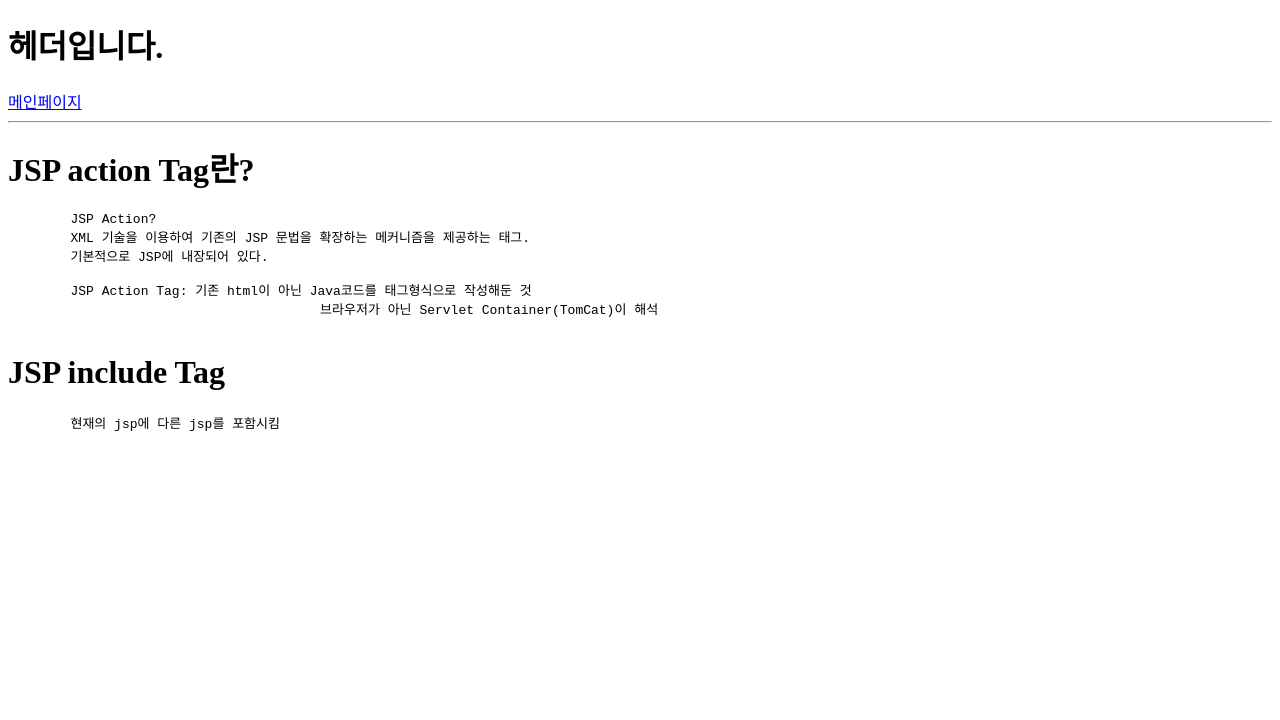
Repository: Seenee-Shin/servlet-jsp
Page: http://localhost/JSPProject/02_action.jsp
The author's editor kept a copy of each file at every save. The page is drawn from the files as they stood at one save, then again after the next save.
The browser window is 1280 px wide. The pictures show the whole page.
The page is served by Tomcat 9. Other server files are loaded and not shown.

Above is the page before, as saved 2021-11-29 03:44:47.

### JSPProject/src/main/webapp/02_action.jsp
<%@ page language="java" contentType="text/html; charset=UTF-8"
    pageEncoding="UTF-8"%>
<!DOCTYPE html>
<html>
<head>
<meta charset="UTF-8">
<title>02.JSP action tag</title>
</head>
<body>

	<header>
		<h1>헤더입니다.</h1>
		<a href="<%= request.getContextPath()%>">메인페이지</a>
		<!-- request.getContextPath() : 최상위 주소 반환  -->
	</header>

	<hr>


	<h1> JSP action Tag란?</h1>
	<pre>
	JSP Action?
	XML 기술을 이용하여 기존의 JSP 문법을 확장하는 메커니즘을 제공하는 태그.
	기본적으로 JSP에 내장되어 있다.

	JSP Action Tag: 기존 html이 아닌 Java코드를 태그형식으로 작성해둔 것
	 				브라우저가 아닌 Servlet Container(TomCat)이 해석
	</pre>

	<h1>JSP include Tag</h1>
	<pre>
	현재의 jsp에 다른 jsp를 포함시킴

	</pre>
</body>
</html>

### JSPProject/src/main/webapp/common/header.jsp
<%@ page language="java" contentType="text/html; charset=UTF-8"
    pageEncoding="UTF-8"%>
	<header>
		<h1>헤더입니다.</h1>
		<a href="<%= request.getContextPath()%>">메인페이지</a>
		<!-- request.getContextPath() : 최상위 주소 반환  -->
	</header>

	<hr>

### JSPProject/src/main/webapp/index.html
<!DOCTYPE html>
<html lang="ko">
<head>
  <meta charset="UTF-8">
  <meta name="viewport" content="width=device-width, initial-scale=1.0">
  <title>JSP Project</title>
</head>
<body>
  <ul>
    <li>
      <a href="01_review.html">1.복습 + 응용</a>
    </li>

    <li>
      <a href="02_action.jsp">02.JSP action Tag (jsp:include)</a>
      <!-- a href="00": 00을 요청-->
      <!-- JSP파일도 html파일을 요청하듯 바로 주소로 작성하여 요청 가능  -->
      <!-- JSP : html에 java코드를 작성 할 수 있는 파일  -->
      <!-- -Servlet으로 작성하기 힘든 html를 쉽게 작성하기 위하여 html형식으로 변환한 Servlet -->
    </li>
    <hr>
    <li>
      <a href="03_EL.html">03.EL</a>
    </li>

    <li>
      <a href="04_scope.html">04.Servlet JSP 내장객체 범위 (scope)</a>
    </li>

    <li>
      <a href="05_JSTL_1.jsp">05.JSTL 개요</a>
    </li>

    <li>
      <a href="06_JSTL_2.jsp">06.JSTL - c:forEach</a>
    </li>

  </ul>
  경로 지정하기

  최상위 주소 경로 (프로젝트 명) == 최상위 파일경로(webapp폴더)

  1) 주소로 파일을 요청하는 경우
  - webapp폴더를 기준으로 하위로 접근하는 형식 (/webapp/forResult.jsp)
  ex)/JSPProject/forResult.jsp

  2)주소로 Servlet을 요청하는 경우
  - Servlet에 작성된 @WecServlet("주소")어노테이션의 주소는 실제하지 않는 가상의 주소
    작성된 주소에 실제 파일 x , 요청이 오면 특정 서블릿이 처리
  - webapp폴더 기준x 프로젝트 명(/JSPProject)을 기준으로 일치하는 Servlet을 조회


  상대경로 : 현재 주소 또는 현재 파일을 기준으로 다른 주소나 경로를 나타내는 방법<br>
<br>
  요청주소경로 : 인터넷 주소창, form태그 action, a태그의 href등에 작성 되는 주소
  <br>
  파일경로 : 프로젝트 내의 js파일 위치, css위치 등<br>
    -java폴더 : *.java같은 소스코드 또는  코드관련 XML파일이 저장되는 폴더<br>
    -webapp폴더 : 실제로 웹상에 배포되는 코드가 저장되는폴더 (html, css, jsp, image + class파일,배포서술자(web.xml)) <br>
  서블릿에서 jsp경로 지정시(절대경로만 가능) 제일 앞 "/"는 "webapp"폴더를 가르키는 기호 (webapp폴더가 배포 최상위 폴더) <br>


</body>
</html>

After the next save:
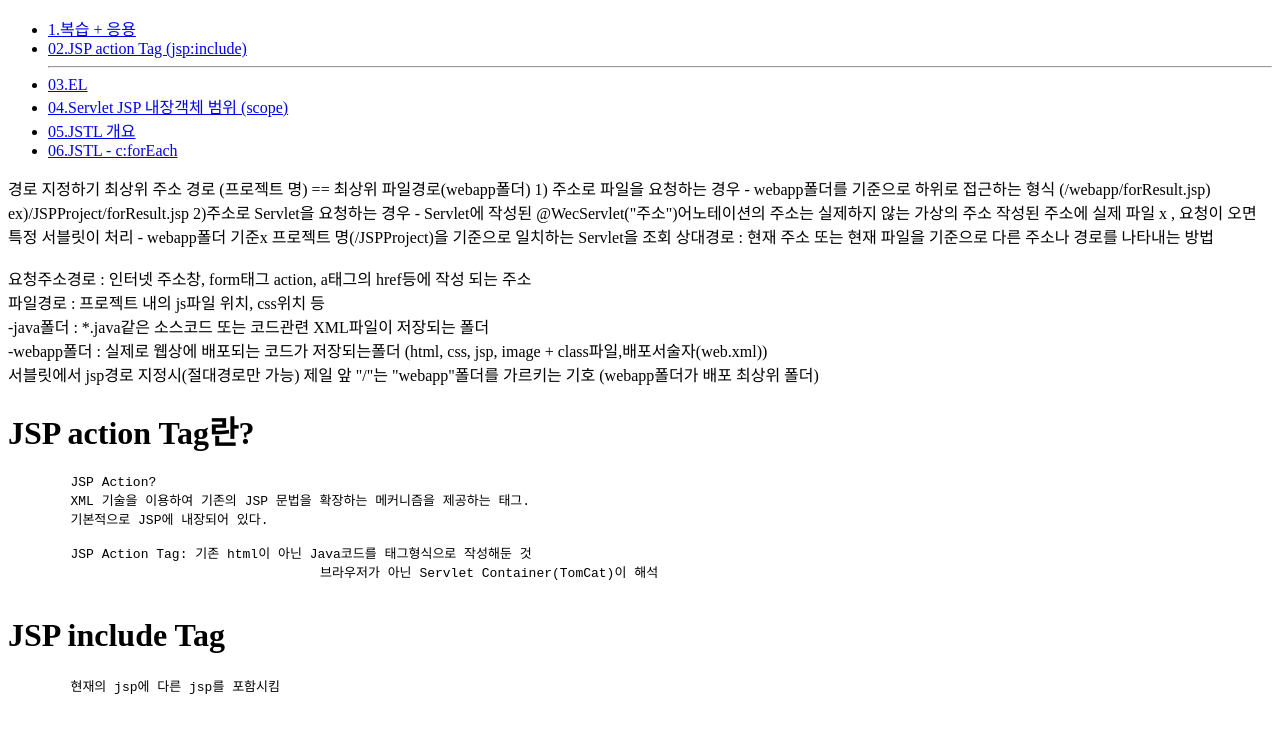
Saved 85 s later.
--- a/JSPProject/src/main/webapp/02_action.jsp
+++ b/JSPProject/src/main/webapp/02_action.jsp
@@ -8,14 +8,8 @@
 </head>
 <body>
 
-	<header>
-		<h1>헤더입니다.</h1>
-		<a href="<%= request.getContextPath()%>">메인페이지</a>
-		<!-- request.getContextPath() : 최상위 주소 반환  -->
-	</header>
-
-	<hr>
-
+	<%-- header.jsp:inclue 파일 경로 작성--%>
+	<jsp:include page=""></jsp:include>
 
 	<h1> JSP action Tag란?</h1>
 	<pre>

After the 3 saves that followed:
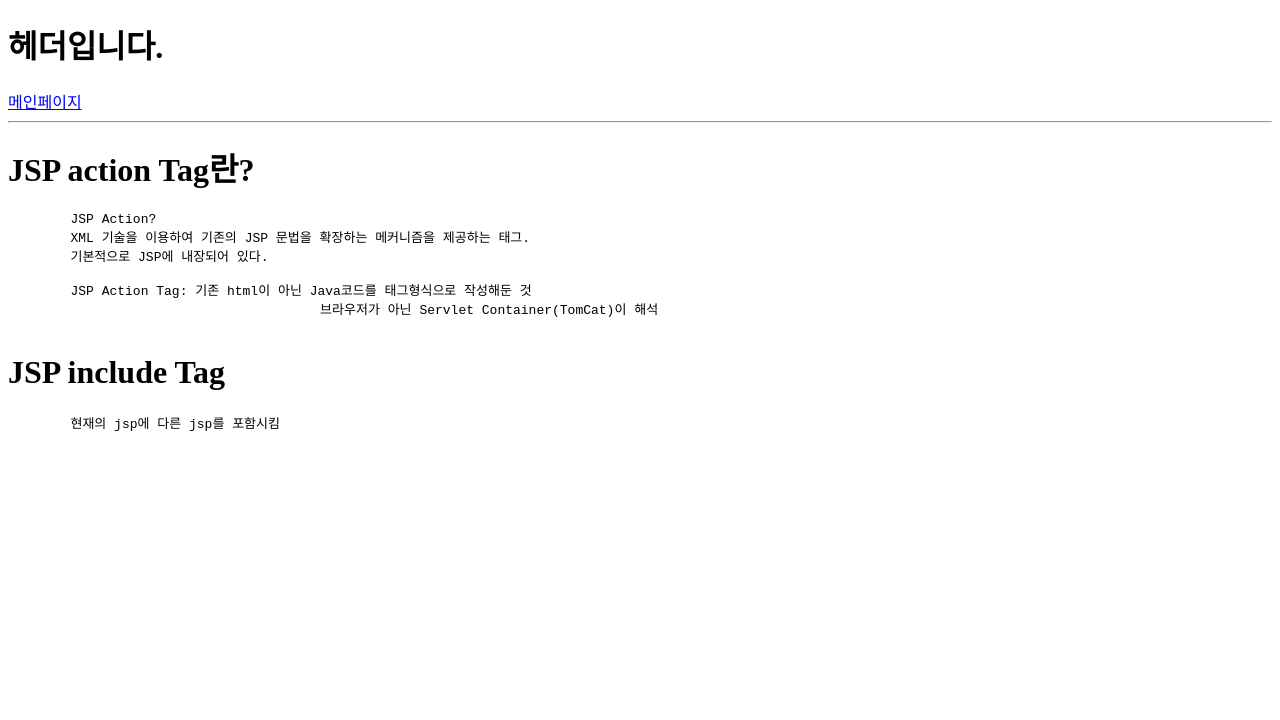
The 3 saves are shown as one change because 2 left the picture as it was.
The last was saved 61 s later.
--- a/JSPProject/src/main/webapp/02_action.jsp
+++ b/JSPProject/src/main/webapp/02_action.jsp
@@ -9,7 +9,7 @@
 <body>
 
 	<%-- header.jsp:inclue 파일 경로 작성--%>
-	<jsp:include page=""></jsp:include>
+	<jsp:include page="/common/header.jsp"></jsp:include>
 
 	<h1> JSP action Tag란?</h1>
 	<pre>
--- a/JSPProject/src/main/webapp/common/header.jsp
+++ b/JSPProject/src/main/webapp/common/header.jsp
@@ -5,5 +5,4 @@
 		<a href="<%= request.getContextPath()%>">메인페이지</a>
 		<!-- request.getContextPath() : 최상위 주소 반환  -->
 	</header>
-
 	<hr>
